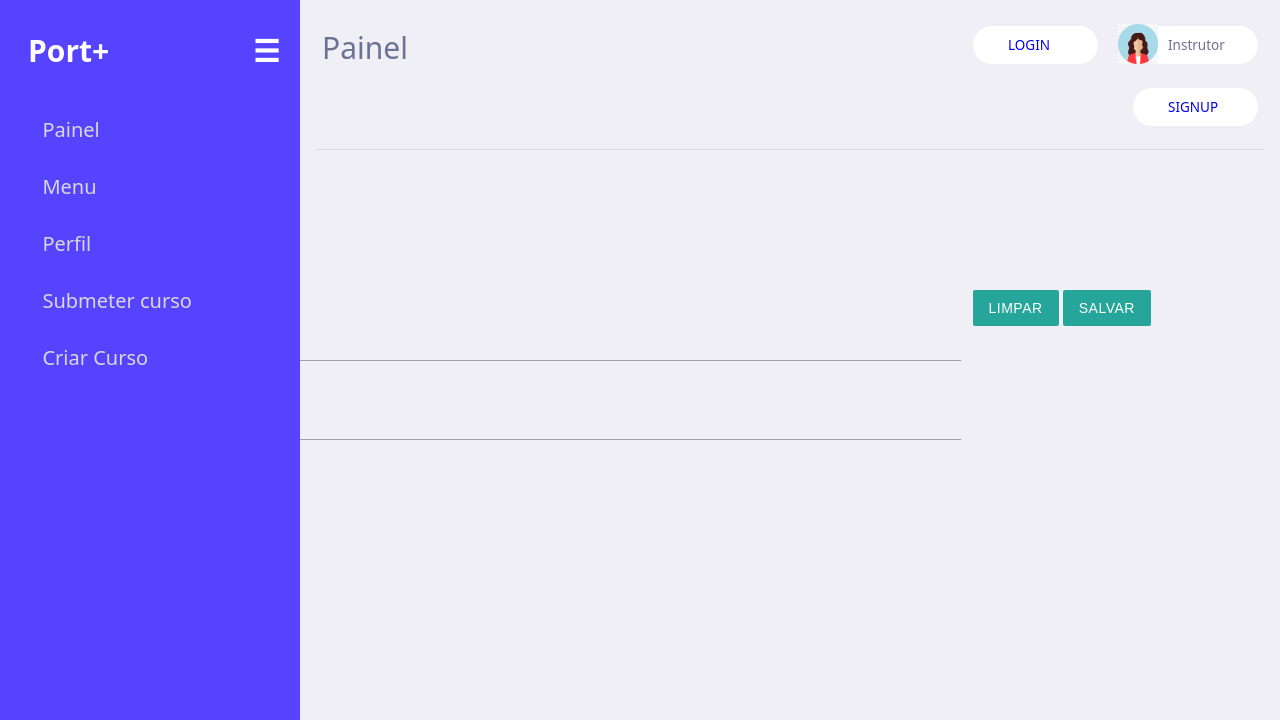
Repository: LauraMViana/Port-plus
Page: http://localhost/portPlus/criarCurso/addVideo
An editor plug-in stored every save of this project. The page is shown before and after the next save, followed by the edit.
The browser window is 1280 px wide. The pictures show the whole page.
The page is this project's Thymeleaf template; nobody is signed in. The template is opened directly, without the code that normally fills it, so the values that code supplies are empty.

Above is the page before, as saved 2021-12-25 14:58:46.

### port/src/main/resources/templates/portPlus/criarCurso/addVideo.html
<!DOCTYPE html >
<html xmlns:th="http://www.thymeleaf.org">
<head>
<meta charset="UTF-8">
<!-- Compiled and minified CSS -->
<!--
<link rel="stylesheet"
	href="https://cdnjs.cloudflare.com/ajax/libs/materialize/1.0.0/css/materialize.min.css"> -->
<link href="https://fonts.googleapis.com/icon?family=Material+Icons"
	rel="stylesheet">
<link rel="stylesheet" href="/Style.css">
<title>PortPlus</title>
</head>
<body>
	<div th:insert="~{menu :: menu}"></div>

	<div class="main">
		<h5>
			Curso: <span th:text="${curso.titulo}"></span> <br>Módulo: <span
				th:text="${modulo.tituloMod}"></span>
		</h5>
		<br>
		<form
			th:action="@{/portPlus/criarCurso/{idC}/{idMod} (idC=${curso.id},idMod=${modulo.id})}"
			method="post">
			<div class="input-field col s9">
				<label for="tituloM" class="active">Título do material</label><input
					placeholder="Digite o título do material" id="tituloM" type="text"
					pattern="[a-zA-Z0-9_?!&%$()-]+" class="validate"
					th:field="${material.tituloMat}">
				<p th:errors="${material.tituloMat}"></p>
				<div>
					<label for="mv">Link do vídeo</label><input
						placeholder="Link do vídeo" id="mv" type="url" class="validate"
						th:field="${material.video}">
				</div>
			</div>
			<div class="right-align">
				<button class="btn waves-effect waves-light align-center"
					type="reset" name="action">Limpar</button>
				<button class="btn waves-effect waves-light align-center"
					type="submit" name="action">Salvar</button>
			</div>
		</form>
	</div>
</body>
</html>

### port/src/main/resources/templates/menu.html
<!DOCTYPE html >
<html xmlns:th="http://www.thymeleaf.org">
<head>
<meta charset="UTF-8">
<link rel="stylesheet" href="/Style.css" type="text/css" />
<link rel="stylesheet"
	href="https://cdnjs.cloudflare.com/ajax/libs/font-awesome/4.7.0/css/font-awesome.min.css">
<title>Port+</title>
</head>
<body>
	<div th:fragment="menu">
		<div id="mySidenav" class="sidenav">
			<p class="logo">
				Port+ <span class="menu">&#9776;</span>
			</p>
			<p class="logo1">
				<span class="menu1">&#9776;</span>
			</p>
			<a href="/" class="icon-a"> <i class="fa fa-dashboard icons"></i>
				&nbsp;&nbsp;Painel
			</a> <a href="/" class="icon-a"><i class="fa fa-list icons"></i>
				&nbsp;&nbsp;Menu</a> <a href="#" class="icon-a"><i
				class="fa fa-user icons"></i> &nbsp;&nbsp;Perfil</a> <a
				href="/portPlus/meusCursos" class="icon-a"><i
				class="fa fa-list-alt icons"></i> &nbsp;&nbsp;Submeter curso</a> <a
				href="/portPlus/criarCurso" class="icon-a"><i
				class="fa fa-edit icons"></i> &nbsp;&nbsp;Criar Curso</a>
		</div>

		<div id="main">
			<div class="head">
				<div class="col-div-6">
					<p class="nav">Painel</p>
				</div>
				<div class="col-div-6">
					<div class="profile">
						<img src="/Imagens/usuario.png" class="pro-img" />
						<p>
							Instrutor <i class="fa fa-ellipsis-v dots" aria-hidden="true"></i>
						</p>
						<div class="profile-div">
							<p>
								<a href="#" class="icon-a"><i class="fa fa-user"></i>
									&nbsp;&nbsp;Perfil
							</p>
							</a>
							<p>
								<i class="fa fa-cogs"></i> &nbsp;&nbsp;Configurações
							</p>
							<p>
								<i class="fa fa-power-off"></i> &nbsp;&nbsp;Sair
							</p>
						</div>
					</div>
					<div class="login">
						<p>
							<a href="/portPlus/login">LOGIN</a>
						</p>
						<p>
							<a href="/portPlus/signup">SIGNUP</a>
						</p>
					</div>
				</div>
				<div class="clearfix"></div>
			</div>
			<div class="clearfix"></div>
			<br />
		</div>
	</div>
	<script
		src="https://ajax.googleapis.com/ajax/libs/jquery/3.5.1/jquery.min.js"></script>
	<script>
		$(".menu").click(function() {
			$("#mySidenav").css('width', '70px');
			$("#main").css('margin-left', '70px');
			$(".logo").css('display', 'none');
			$(".logo1").css('display', 'block');
			$(".logo span").css('visibility', 'visible');
			$(".logo span").css('margin-left', '-10px');
			$(".icon-a").css('visibility', 'hidden');
			$(".icon-a").css('height', '25px');
			$(".icons").css('visibility', 'visible');
			$(".icons").css('margin-left', '-8px');
			$(".menu1").css('display', 'block');
			$(".menu").css('display', 'none');
		});

		$(".menu1").click(function() {
			$("#mySidenav").css('width', '300px');
			$("#main").css('margin-left', '300px');
			$(".logo").css('visibility', 'visible');
			$(".logo").css('display', 'block');
			$(".icon-a").css('visibility', 'visible');
			$(".icons").css('visibility', 'visible');
			$(".menu").css('display', 'block');
			$(".menu1").css('display', 'none');
		});
	</script>
	<script>
		$(document).ready(function() {
			$(".profile p").click(function() {
				$(".profile-div").toggle();

			});

			/* $(".noti-icon").click(function() {
					$(".notification-div").toggle();
				}); */

		});
	</script>
</body>
</html>

### port/src/main/resources/static/Style.css
/* Laura */
body {
	margin: 0px;
	padding: 0px;
	background-color: #efeff5;
	font-family: system-ui;
}

.clearfix {
	clear: both;
}

.logo {
	margin: 0px;
	margin-left: 28px;
	font-weight: bold;
	color: white;
	margin-bottom: 30px;
}

.sidenav {
	height: 100%;
	width: 300px;
	position: fixed;
	z-index: 1;
	top: 0;
	left: 0;
	background-color: #5643ff;
	overflow: hidden;
	padding-top: 30px;
	transition: ease-in-out 0.3s;
}

.menu {
	float: right;
	margin-right: 20px;
	cursor: pointer;
}

.logo1 {
	margin: 0px;
	margin-left: 20px;
	font-weight: bold;
	color: white;
	margin-bottom: 50px;
	display: none;
	cursor: pointer;
}

.menu1 {
	float: left;
	display: none;
}

.sidenav a {
	padding: 15px 8px 15px 32px;
	text-decoration: none;
	font-size: 20px;
	color: #d8d8d8;
	display: block;
}

.sidenav a:hover {
	color: #f1f1f1;
	background-color: #2c1ed6;
}

.sidenav {
	top: 0;
	right: 25px;
	font-size: 30px;
}

#main {
	padding: 16px;
	margin-left: 300px;
}

.head {
	padding: 0px 6px;
	border-bottom: 1px solid #d6d6d8b8;
	padding-bottom: 10px;
}

.col-div-6 {
	width: 50%;
	float: left;
}

.login p {
	color: #6c7293;
	font-weight: 500;
	margin-left: 35px;
	margin-top: 10px;
	font-size: 13.5px;
	background-color: white;
	padding: 10px;
	border-radius: 25px;
	padding-left: 35px;
	width: 80px;
	float: right;
	cursor: pointer;
}

.profile {
	display: inline-block;
	float: right;
	width: 160px;
}

.pro-img {
	float: left;
	width: 40px;
	margin-top: 8px;
	margin-left: 20px;
}

.profile p {
	color: #6c7293;
	font-weight: 500;
	margin-left: 35px;
	margin-top: 10px;
	font-size: 13.5px;
	background-color: white;
	padding: 10px;
	border-radius: 25px;
	padding-left: 35px;
	cursor: pointer;
}

.dots {
	margin-left: 10px;
}

.profile-div {
	background-color: white;
	width: 160px;
	border: 1px solid #ddd;
	padding: 10px 0px;
	right: 2%;
	border-radius: 5px;
	position: absolute;
	z-index: 9;
	display: none;
}

.profile-div:after {
	content: '';
	position: absolute;
	height: 10px;
	width: 10px;
	background-color: white;
	top: -6px;
	border-left: 1px solid #ddd;
	border-top: 1px solid #ddd;
	transform: rotate(45deg);
	right: 10%;
}

.profile-div p {
	margin: 0px;
	padding: 10px 20px;
}

.profile-div p:hover {
	margin: 0px;
	padding: 10px 20px;
	background-color: #5643ff;
	border-radius: 0px;
	color: white;
}

.notification-div {
	background-color: white;
	width: 240px;
	border: 1px solid #ddd;
	padding: 10px 0px;
	right: 16%;
	border-radius: 5px;
	top: 12%;
	position: absolute;
	z-index: 9;
	display: none;
}

.notification-div:after {
	content: '';
	position: absolute;
	height: 10px;
	width: 10px;
	background-color: white;
	top: -6px;
	border-left: 1px solid #ddd;
	border-top: 1px solid #ddd;
	transform: rotate(45deg);
	right: 10%;
}

.noti-head {
	display: block;
	margin: 0px;
	color: #6c7293;
}

.noti-head:hover {
	background-color: white !important;
	color: #6c7293 !important;
}

.noti-head span {
	position: absolute;
	right: 8%;
	top: 10%;
	background-color: #5643ff;
	padding: 1px 5px;
	color: white;
	border-radius: 20px;
}

.hr {
	margin: 0px;
	border: none;
	background-color: #ddd;
	height: 1px;
}

.notification-div p {
	margin: 0px;
	padding: 10px 20px;
	color: #6c7293;
}

.notification-div p span {
	font-size: 11px;
	display: block;
}

.notification-div p:hover {
	margin: 0px;
	padding: 10px 20px;
	background-color: #5643ff;
	border-radius: 0px;
	color: white;
}

.search-icon {
	position: absolute;
	right: 22%;
	top: 25px;
	background-color: white;
	padding: 13px;
	border-radius: 21px;
	color: #6c7293;
	cursor: pointer;
}

.noti-icon {
	position: absolute;
	right: 17%;
	top: 25px;
	background-color: #5643ff;
	padding: 13px;
	border-radius: 21px;
	color: #fff;
	cursor: pointer;
}

.noti-icon:after {
	content: '';
	height: 5px;
	width: 5px;
	border-radius: 5px;
	top: 5px;
	left: 20px;
	position: absolute;
	background-color: red;
}

.col-div-4-1 {
	width: 33.3%;
	float: left;
}

.box {
	width: 88%;
	height: 480px;
	background-color: #ffffff;
	margin-left: 10px;
	padding: 10px;
	box-shadow: 2px 5px 10px #ddd;
	position: relative;
}

.box p {
	color: #6c7293;
	font-weight: 500;
	padding-left: 10px;
}

.number {
	font-size: 35px;
	margin-bottom: 0px;
	margin-top: 20px;
}

.percent {
	margin: 0px;
	font-size: 14px;
	color: #37bf37 !important;
}

.percent span {
	font-size: 12px;
	color: #9398b1;
	padding-left: 3px;
}

.head-1 {
	font-size: 18px !important;
	margin: 10px 0px;
	color: #6c7293;
}

.head-1 span {
	float: right;
	background-color: #5643ff;
	color: white;
	padding: 3px 10px;
	font-size: 15px;
}

.box-icon {
	font-size: 20px !important;
	margin-top: 35px !important;
	color: #5643ff;
	padding-right: 10px;
	background-color: #efeff5;
	padding: 15px;
	border-radius: 25px;
	position: absolute;
	right: 16px;
	top: -18px;
}

.box-1 {
	width: 88%;
	height: 282px;
	background-color: #ffffff;
	margin-left: 10px;
	padding: 10px;
	box-shadow: 2px 5px 10px #ddd;
	position: relative;
}

.m-box {
	color: #6c7293;
	position: relative;
	padding: 0px 12px;
}

.active {
	background-color: #5646ff;
	color: white;
	box-shadow: 4px 3px 7px 3px #3226ad54;
}

.active .no-1 {
	color: #ddd !important;
}

.m-box p {
	display: inline-block;
	margin: 10px 0px;
}

.no {
	position: absolute !important;
	top: 21px;
	right: 15px;
	font-weight: 500;
}

.no-1 {
	font-size: 12px;
	color: #9398b1;
}

.act-p {
	font-size: 13px;
	color: #6c7293;
}

.act-p .fa {
	color: orange !important;
}

.content-box-1 {
	padding: 0px 10px;
}

.col-div-12 {
	width: 100%;
}

.col-div-4 {
	width: 30%;
	float: left;
}

.content-box {
	padding: 20px;
}

.content-box p {
	margin: 0px;
	font-size: 20px;
	color: #6c7293;
}

.content-box p span {
	float: right;
	background-color: #5643ff;
	color: white;
	padding: 3px 10px;
	font-size: 15px;
}

.box-8 {
	width: 97.8%;
	background-color: #fff;
	height: 330px;
}

.nav {
	font-size: 30px;
	cursor: pointer;
	color: #6c7293;
	margin: 11px 0px;
}

.box-8 {
	margin-left: 10px;
}

td, th {
	border: 1px solid #dddddd;
	text-align: left;
	padding: 10px;
}

tr:nth-child(even) {
	background-color: #5643ff29;
	color: #6c7293 !important;
}

.circle-wrap {
	margin: 50px auto;
	width: 150px;
	height: 150px;
	background: #e6e2e7;
	border-radius: 50%;
}

.circle-wrap .circle .mask, .circle-wrap .circle .fill {
	width: 150px;
	height: 150px;
	position: absolute;
	border-radius: 50%;
}

.circle-wrap .circle .mask {
	clip: rect(0px, 150px, 150px, 75px);
}

.circle-wrap .circle .mask .fill {
	clip: rect(0px, 75px, 150px, 0px);
	background-color: #5646ff;
}

.circle-wrap .circle .mask.full, .circle-wrap .circle .fill {
	animation: fill ease-in-out 3s;
	transform: rotate(126deg);
}

@
keyframes fill { 0% {
	transform: rotate(0deg);
}

100










%
{
transform










:










rotate








(










126deg










)








;
}
}
.circle-wrap .inside-circle {
	width: 130px;
	height: 130px;
	border-radius: 50%;
	background: #fff;
	line-height: 130px;
	text-align: center;
	margin-top: 10px;
	margin-left: 10px;
	position: absolute;
	z-index: 100;
	font-weight: 700;
	font-size: 2em;
	color: #6c7293;
}

/* Thais */
h1 {
	font-weight: 400;
	font-family: Century Gothic, Arial, Helvetica, sans-serif;
	color: #6c7293;
	font-size: calc(1.044375rem + 1.7325vw);
}

h4, h6 {
	font-weight: 100;
	font-family: Century Gothic, Arial, Helvetica, sans-serif;
	color: #6c7293;
	font-size: 30px;
	margin: 0px;
}

a {
	text-decoration: none;
}

#btn {
	text-align: right;
}

/*Apresente material  */
.mod-title {
	font-size: 30px;
	color: #d8d8d8;
}

/* Index  */
.box-mod {
	width: 88%;
	height: 30px;
	background-color: #dfdfdf;
	margin-left: 10px;
	padding: 10px;
	position: relative;
	margin-left: 10px;
	padding: 10px;
	border-top: 1px solid #d7dfe3;
	margin-left: 10px;
	margin-bottom: 15px;
}

.box-mod p {
	color: #6c7293;
	font-weight: 500;
	margin: 0px;
	padding: 10px;
	width: 105px;
	margin-left: 90px;
}
/* blocos de curso ou modulos  */
.col-div-4-2 {
	width: 25%;
	float: left;
}

.card.small .card-image+.card-content, .card.medium .card-image+.card-content,
	.card.large .card-image+.card-content {
	max-height: 40%;
}

.card.small .card-content, .card.medium .card-content, .card.large .card-content
	{
	max-height: 100%;
	overflow: hidden;
}

.card .card-content {
	padding: 24px;
	border-radius: 0 0 2px 2px;
}

.card .card-image img {
	display: block;
	border-radius: 2px 2px 0 0;
	position: relative;
	left: 0;
	right: 0;
	top: 0;
	bottom: 0;
	width: 100%;
}

img {
	border-style: none;
}

.card.small .card-image, .card.medium .card-image, .card.large .card-image
	{
	max-height: 60%;
	overflow: hidden;
}

.card .card-image {
	position: relative;
}

.card.small {
	height: 300px;
}

.card.small, .card.medium, .card.large {
	position: relative;
}

.card {
	margin-left: 10px;
	box-shadow: 2px 5px 10px #ddd;
	position: relative;
	height: 250px;
	background-color: #fff;
	-webkit-transition: -webkit-box-shadow .25s;
	transition: -webkit-box-shadow .25s;
	transition: box-shadow .25s;
	transition: box-shadow .25s, -webkit-box-shadow .25s;
	border-radius: 2px;
}

.card {
	position: relative;
	margin: 0.5rem 0 1rem 0;
	background-color: #fff;
	-webkit-transition: -webkit-box-shadow .25s;
	transition: -webkit-box-shadow .25s;
	transition: box-shadow .25s;
	transition: box-shadow .25s, -webkit-box-shadow .25s;
	border-radius: 2px;
}

.image {
	display: block;
	position: relative;
	left: 0;
	right: 0;
	top: 0;
	bottom: 0;
	width: 100%;
	max-height: 70%;
	overflow: hidden;
	max-height: 70%;
	right: 0;
	top: 0;
	bottom: 0;
}

.card {
	margin-left: 10px;
	box-shadow: 2px 5px 10px #ddd;
	position: relative;
	height: 250px;
	background-color: #fff;
	-webkit-transition: -webkit-box-shadow .25s;
	transition: -webkit-box-shadow .25s;
	transition: box-shadow .25s;
	transition: box-shadow .25s, -webkit-box-shadow .25s;
	border-radius: 2px;
}

.card-title-mod {
	display: block;
	line-height: 32px;
	margin-bottom: 8px;
	font-size: 24px;
	font-weight: 300;
}
/* descriçao do curso  */
.mod-d {
	font-size: 18px !important;
	margin: 10px 0px;
	color: #6c7293;
	text-align: justify;
}

/* Pag apresentação Material */
aside {
	width: 260px;
	float: right;
	margin-right: 20px;
	border: 1px solid black;
}

.conteudo {
	padding-left: 15px;
	width: 700px;
	float: left;
	height: 415px;
	text-align: justify;
}

.card.lista {
	background-color: #5643ff;
	width: 259.5px;
	height: 50px;
	text-align: center;
	padding: 5px 0px 5px 0px;
	margin: 0px;
}

.lista li {
	padding: 15px 8px 15px 32px;
	text-decoration: none;
	font-size: 20px;
	color: #d8d8d8;
	display: block;
	text-align: justify;
}

.lista li:hover {
	color: #f1f1f1;
	background-color: #5643ff;
}

.lista a:hover {
	color: #f1f1f1;
	background-color: #5643ff;
}

ul {
	padding: 0px;
	margin: 0px;
	list-style-type: none;
}

textarea.materialize-textarea.texto {
	height: 12rem;
}

input:not([type]), input[type="text"]:not(.browser-default), input[type="url"]:not(.browser-default),
	input[type="number"]:not(.browser-default), textarea.materialize-textarea
	{
	background-color: transparent;
	border-top-width: initial;
	border-right-width: initial;
	border-left-width: initial;
	border-top-color: initial;
	border-right-color: initial;
	border-left-color: initial;
	height: 3rem;
	width: 100%;
	font-size: 16px;
	box-shadow: none;
	box-sizing: content-box;
	border-style: none none solid;
	border-image: initial;
	border-bottom: 1px solid rgb(158, 158, 158);
	border-radius: 0px;
	outline: none;
	margin: 0px 0px 8px;
	padding: 0px;
	transition: box-shadow 0.3s ease 0s, border 0.3s ease 0s,
		-webkit-box-shadow 0.3s ease 0s;
}

form {
	padding-left: 50px;
}

.dados-do-curso, .listarCriarMod {
	padding-left: 50px;
}

.s2 {
	width: 20%;
	display: inline;
}

.col.s3 {
	width: 25%;
	margin-left: auto;
	left: auto;
	right: auto;
}

.col.s4 {
	width: 33.3333333333%;
	margin-left: auto;
	left: auto;
	right: auto;
}

.col.s5 {
	width: 41.6666666667%;
	margin-left: auto;
	left: auto;
	right: auto;
}

.col.s6 {
	width: 50%;
	margin-left: auto;
	left: auto;
	right: auto;
}

.col.s9 {
	width: 75%;
	margin-left: auto;
	left: auto;
	right: auto;
}

.col.s12 {
	width: 100%;
	margin-left: auto;
	left: auto;
	right: auto;
}

.col.s12.cont {
	padding-bottom: 20px;
}

.col {
	float: left;
	-webkit-box-sizing: border-box;
	box-sizing: border-box;
	padding: 0 0.75rem;
	min-height: 1px;
}

.s10 {
	width: 80%;
	margin-left: auto;
	left: auto;
	right: auto;
}

.btn {
	text-decoration: none;
	color: #fff;
	background-color: #26a69a;
	text-align: center;
	letter-spacing: .5px;
	-webkit-transition: background-color .2s ease-out;
	transition: background-color .2s ease-out;
	cursor: pointer;
	border: none;
	border-radius: 2px;
	display: inline-block;
	height: 36px;
	line-height: 36px;
	padding: 0 16px;
	text-transform: uppercase;
	font-size: 14px;
	outline: 0;
	font-size: 14px;
}

.waves-effect {
	position: relative;
	cursor: pointer;
	display: inline-block;
	overflow: hidden;
	-webkit-user-select: none;
	-moz-user-select: none;
	-ms-user-select: none;
	user-select: none;
	-webkit-tap-highlight-color: transparent;
	vertical-align: middle;
	z-index: 1;
	-webkit-transition: .3s ease-out;
	transition: .3s ease-out;
}

.modal.modal-fixed-footer {
	padding: 0;
	height: 70%;
}

.modal {
	display: none;
	position: fixed;
	left: 0;
	right: 0;
	background-color: #fafafa;
	padding: 0;
	max-height: 70%;
	width: 55%;
	margin: auto;
	overflow-y: auto;
	border-radius: 2px;
	will-change: top, opacity;
}

.modal.modal-fixed-footer {
	padding: 0;
	height: 70%;
}

.modal {
	display: none;
	position: fixed;
	left: 0;
	right: 0;
	background-color: #fafafa;
	padding: 0;
	max-height: 70%;
	width: 55%;
	margin: auto;
	overflow-y: auto;
	border-radius: 2px;
	will-change: top, opacity;
}

.z-depth-5, .modal {
	-webkit-box-shadow: 0 24px 38px 3px rgb(0 0 0/ 14%), 0 9px 46px 8px
		rgb(0 0 0/ 12%), 0 11px 15px -7px rgb(0 0 0/ 20%);
	box-shadow: 0 24px 38px 3px rgb(0 0 0/ 14%), 0 9px 46px 8px
		rgb(0 0 0/ 12%), 0 11px 15px -7px rgb(0 0 0/ 20%);
}

.collapsible {
	border-top: 1px solid #ddd;
	border-right: 1px solid #ddd;
	border-left: 1px solid #ddd;
	margin: 0.5rem 0 1rem 0;
}

.collapsible-header {
	display: -webkit-box;
	display: -webkit-flex;
	display: -ms-flexbox;
	display: flex;
	-webkit-tap-highlight-color: transparent;
	line-height: 1.5;
	padding: 1rem;
	background-color: #fff;
	border-bottom: 1px solid #ddd;
	display: -webkit-box;
	display: -webkit-flex;
	display: -ms-flexbox;
	display: flex;
	cursor: pointer;
	-webkit-tap-highlight-color: transparent;
	line-height: 1.5;
	padding: 1rem;
	background-color: #fff;
	border-bottom: 1px solid #ddd;
}

.optCont {
	display: inline-block;
	float: right;
	width: 160px;
}

.optCont a {
	cursor: pointer;
}

.opt {
	background-color: white;
	width: 100px;
	border: 1px solid #ddd;
	padding: 10px 0px;
	right: 10%;
	border-radius: 5px;
	position: absolute;
	z-index: 9;
	display: none;
}

.opt p {
	margin: 0px;
	padding: 10px 20px;
}

.opt p:hover {
	margin: 0px;
	padding: 10px 20px;
	background-color: #5643ff;
	border-radius: 0px;
	color: white;
}

.modal.modal-fixed-footer {
	height: 40%;
	width: 40%;
}

.modal .modal-content {
	padding: 65px 24px 24px 75px;
}

After the next save:
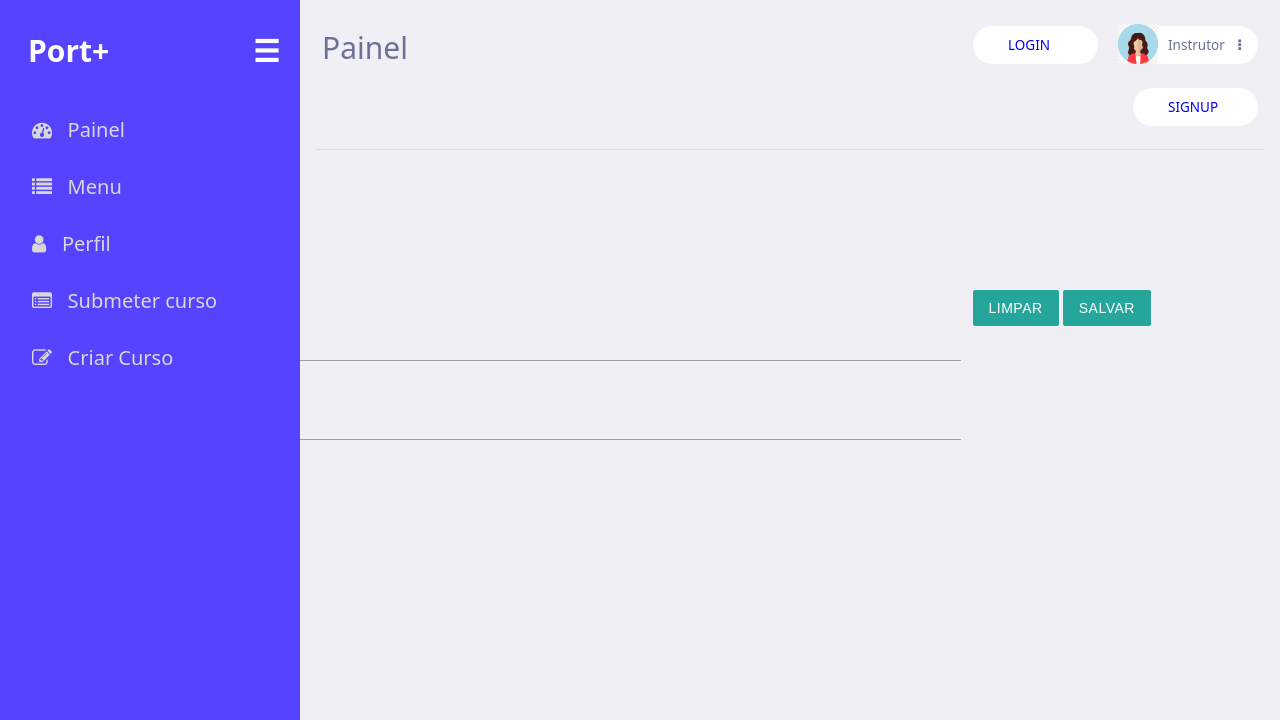
Saved 40 s later.
--- a/port/src/main/resources/templates/portPlus/criarCurso/addVideo.html
+++ b/port/src/main/resources/templates/portPlus/criarCurso/addVideo.html
@@ -9,11 +9,12 @@
 <link href="https://fonts.googleapis.com/icon?family=Material+Icons"
 	rel="stylesheet">
 <link rel="stylesheet" href="/Style.css">
+<link rel="stylesheet"
+	href="https://cdnjs.cloudflare.com/ajax/libs/font-awesome/4.7.0/css/font-awesome.min.css">
 <title>PortPlus</title>
 </head>
 <body>
 	<div th:insert="~{menu :: menu}"></div>
-
 	<div class="main">
 		<h5>
 			Curso: <span th:text="${curso.titulo}"></span> <br>Módulo: <span
